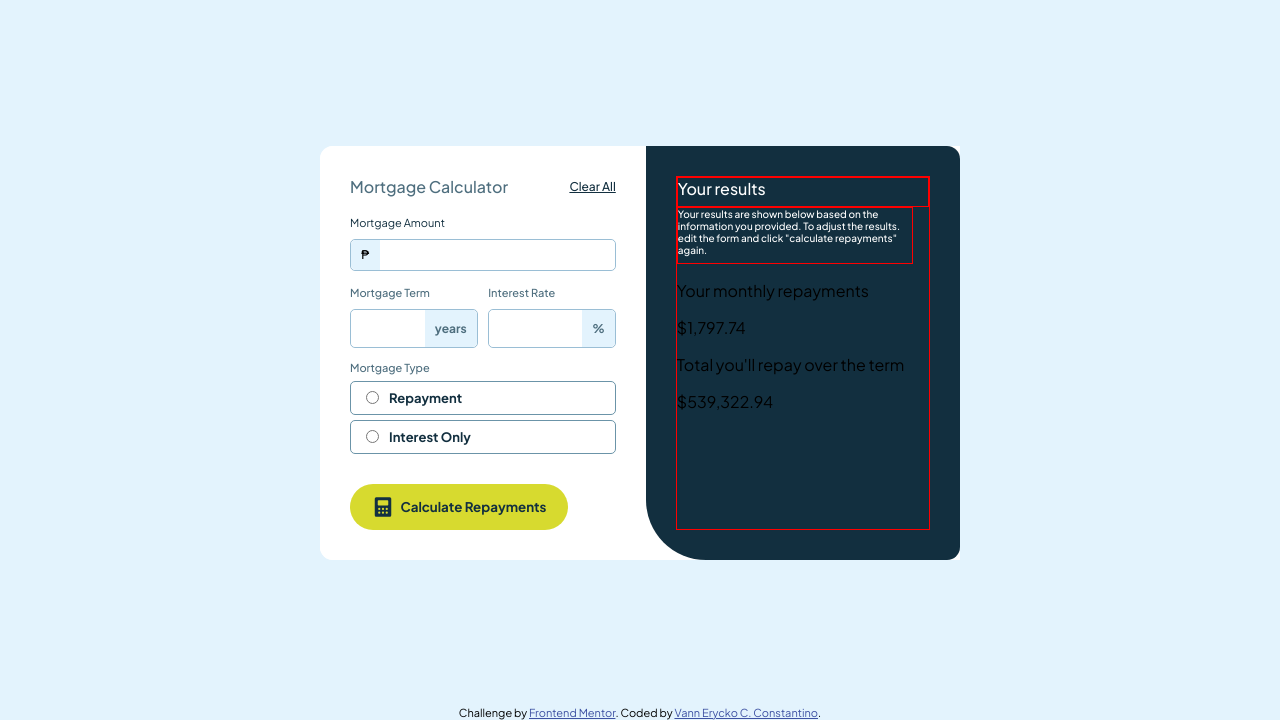
Repository: kocokoy/mortgage-repayment-calculator
Page: index.html
An editor plug-in stored every save of this project. The page is shown before and after the next save, followed by the edit.
The browser window is 1280 px wide. The pictures show the whole page.

Above is the page before, as saved 2024-10-30 14:31:58.

After the next save:
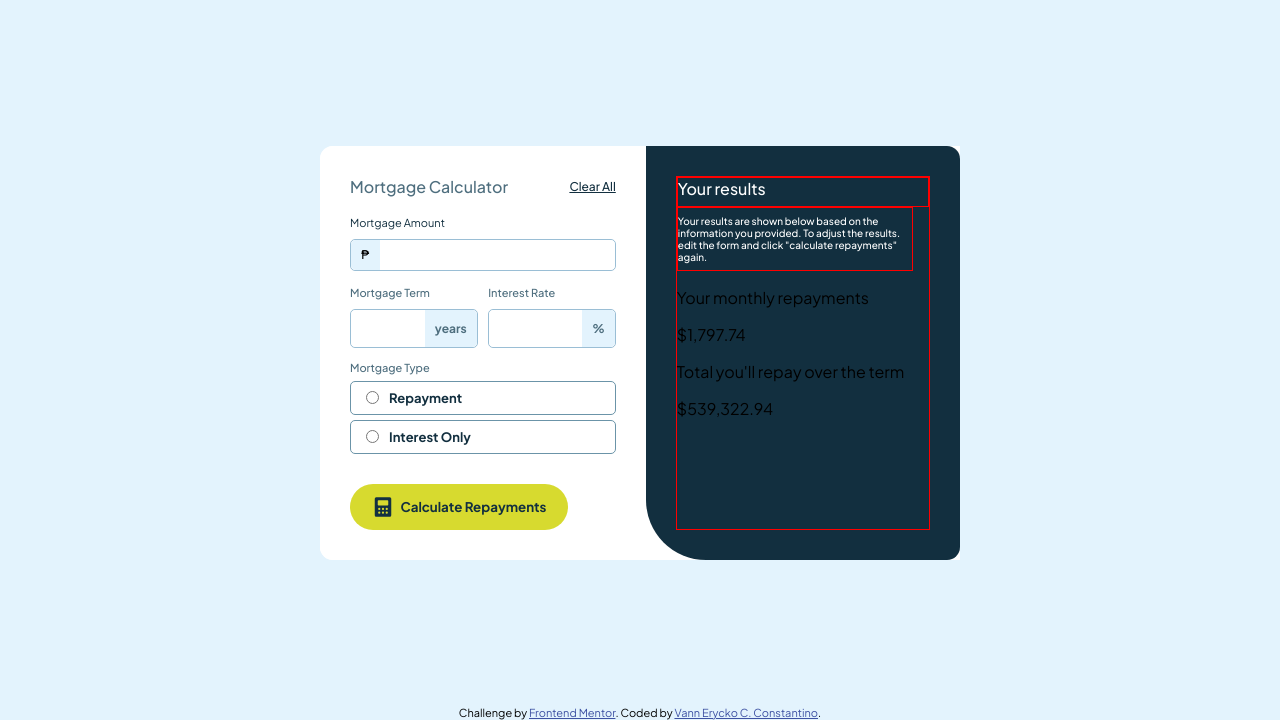
Saved 29 s later.
--- a/styles/style.css
+++ b/styles/style.css
@@ -351,4 +351,5 @@ input[type="radio"]{
   border: 1px solid red;
   padding-bottom: 7px;
   width: 93%;
-}
+  padding-top: 7px;
+}
